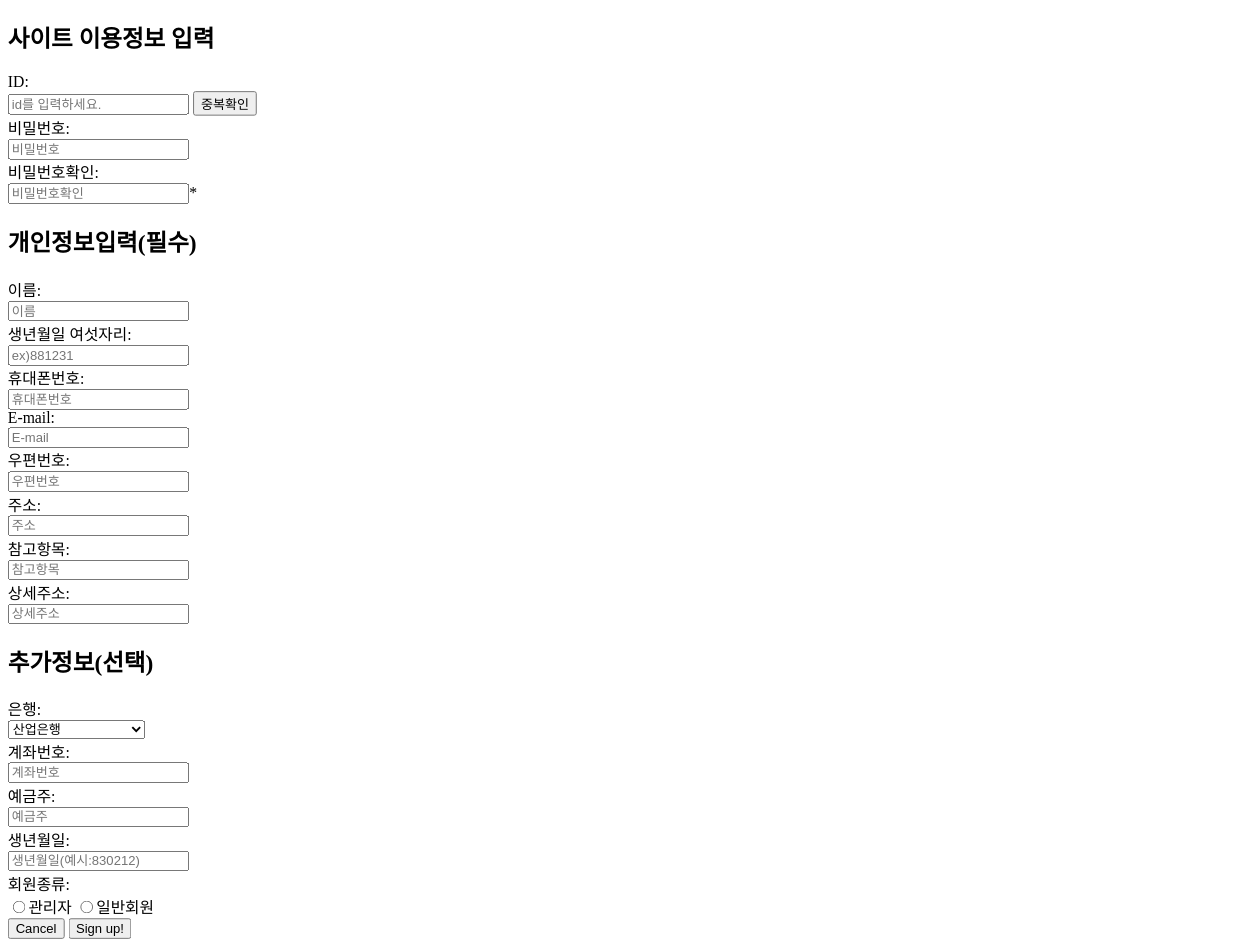
Repository: leeboseok/GalleryIksun
Page: http://localhost/GalleryIkSun/register.jsp
These files come from the project's save history. The page is drawn as it stood at one moment and after the next save; the edit follows.
The browser window is 1280 px wide. The pictures show the whole page, at 98% of full size.
The page is served by Tomcat 9. Other server files are loaded and not shown.

Above is the page before, as saved 2024-08-15 10:15:58.

### GalleryIkSun/src/main/webapp/register.jsp
<%@ page language="java" contentType="text/html; charset=UTF-8"
    pageEncoding="UTF-8"%>
<!DOCTYPE html>
<html>
	<head>
		<meta charset="UTF-8">
		<title>Insert title here</title>
	</head>
	<body>
		<div id="wrap">
			<form method="post" action="signUp" name="frm">
	            <h2>사이트 이용정보 입력</h2>
	            <div>
	                <div>ID:</div>
	                <input type="text" name="id" placeholder="id를 입력하세요.">
	                <input type="hidden" name="reId">
	                <input type="button" value="중복확인" onclick="idCheck()">
	            </div>
	            <div>
	                <div>비밀번호:</div>
	                <input type="password" name="pw" placeholder="비밀번호">
	            </div>
	            <div>
	                <div>비밀번호확인:</div>
	                <input type="password" name="pw_confirm" placeholder="비밀번호확인">*
	            </div>
	            <h2>개인정보입력(필수)</h2>
	            <div>
	                <div>이름:</div>
	                <input type="text" name="name" placeholder="이름">
	            </div>

	            <div>
	                <div>생년월일 여섯자리:</div>
	                <input type="text" name="birth" placeholder="ex)881231">
	            </div>

	            <div>
	                <div>휴대폰번호:</div>
	                <input type="text" name="phone" placeholder="휴대폰번호">
	            </div>

	            <div>
	                <div>E-mail:</div>
	                <input type="email" name="email" placeholder="E-mail">
	            </div>
	            <div>
	                <div>우편번호:</div>
	                <input type="text" name="post" placeholder="우편번호">
	            </div>

	            <div>
	                <div>주소:</div>
	                <input type="text" name="address" placeholder="주소">
	            </div>

	            <div>
	                <div>참고항목:</div>
	                <input type="text" name="postscript" placeholder="참고항목">
	            </div>

	            <div>
	                <div>상세주소:</div>
	                <input type="text" name="addressDetail" placeholder="상세주소">
	            </div>
	            <h2>추가정보(선택)</h2>
	            <div>
	                <div>은행:</div>
	                <select name="bank">
	                    <option value="산업은행">산업은행</option>
	                    <option value="기업은행">기업은행</option>
	                    <option value="수협">수협</option>
	                    <option value="NH농협은행">NH농협은행</option>
	                    <option value="한국수출입은행">한국수출입은행</option>
	                    <option value="국민은행">국민은행</option>
	                    <option value="신한은행">신한은행</option>
	                    <option value="우리은행">우리은행</option>
	                    <option value="SC제일은행">SC제일은행</option>
	                    <option value="한국씨티은행">한국씨티은행</option>
	                    <option value="하나은행">하나은행</option>
	                    <option value="카카오뱅크">카카오뱅크</option>
	                    <option value="토스뱅크">토스뱅크</option>
	                    <option value="Standard Chartered">Standard Chartered</option>
	                </select>
	            </div>
	            <div>
	                <div>계좌번호:</div>
	                <input type="text" name="accountnumber" placeholder="계좌번호">
	            </div>
	            <div>
	                <div>예금주:</div>
	                <input type="text" name="accountholder" placeholder="예금주">
	            </div>
	            <div>
	                <div>생년월일:</div>
	                <input type="text" name="birth" placeholder="생년월일(예시:830212)">
	            </div>
	            <div>
	            	<div>회원종류:</div>
	            	<input type="radio" name="user_type" value="admin">관리자
	            	<input type="radio" name="user_type" value="member">일반회원
	            </div>
	            <input type="submit" name="action" value="Cancel">
	            <input type="submit" name="action" value="Sign up!">
	        </form>
	       </div>
	       <script>
	       		function idCheck(){
	       			if(document.frm.id.value==""){
	       				alert("아이디를 입력하세요.");
	       				document.frm.id.focus();
	       			}
	       			var url="idCheck.do?id="+document.frm.id.value;
	       			var popupX=(window.screen.width/2) - (450/2);
	       			var popupY=(window.screen.height/2) - (200/2);
	       			window.open(url, "_blank_1", "toolbar=no, menubar=no, width=450, height=200, left="+popupX+", top="+popupY);
	       		}
	       </script>
	</body>
</html>

After the next save:
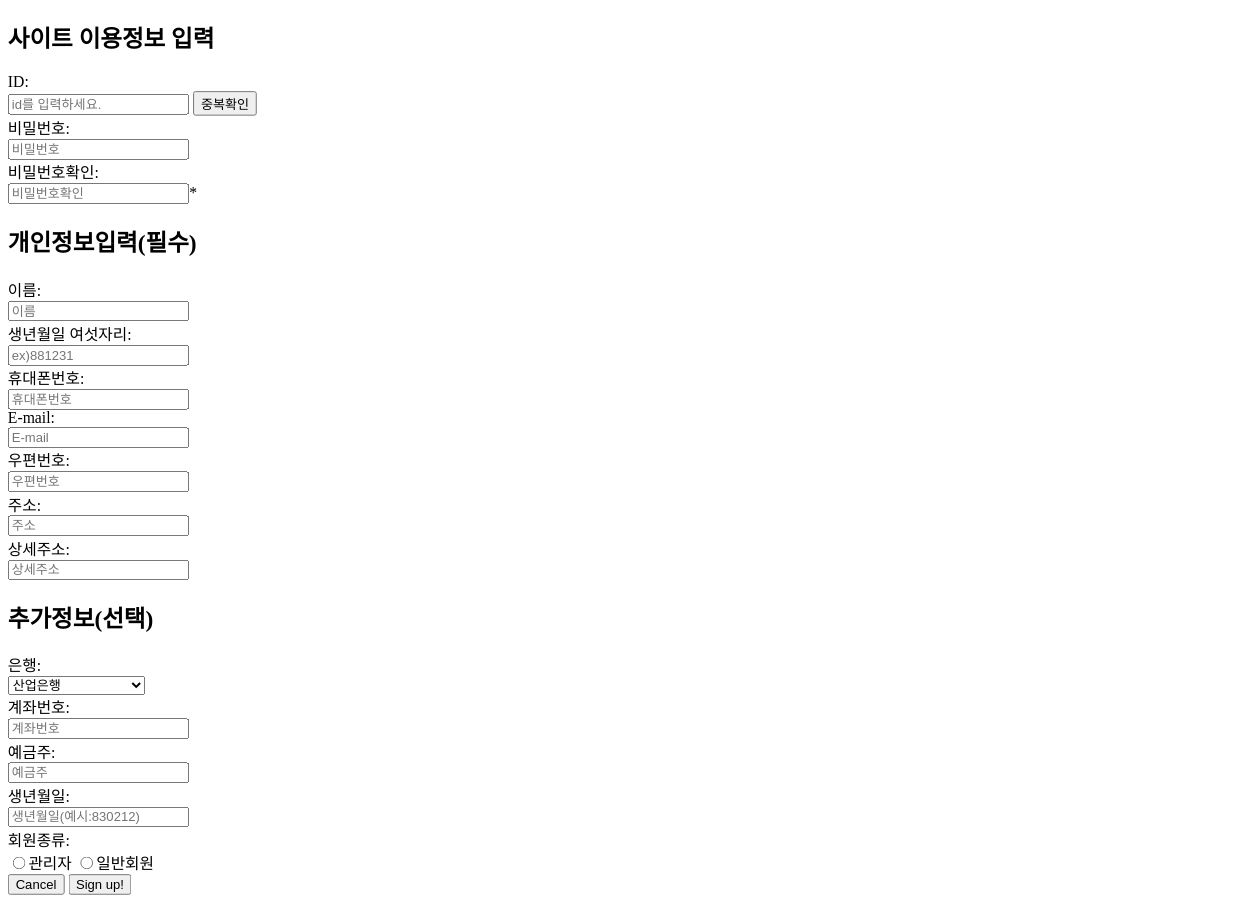
Saved 31 s later.
--- a/GalleryIkSun/src/main/webapp/register.jsp
+++ b/GalleryIkSun/src/main/webapp/register.jsp
@@ -52,11 +52,6 @@
 	            <div>
 	                <div>주소:</div>
 	                <input type="text" name="address" placeholder="주소">
-	            </div>
-
-	            <div>
-	                <div>참고항목:</div>
-	                <input type="text" name="postscript" placeholder="참고항목">
 	            </div>
 
 	            <div>
